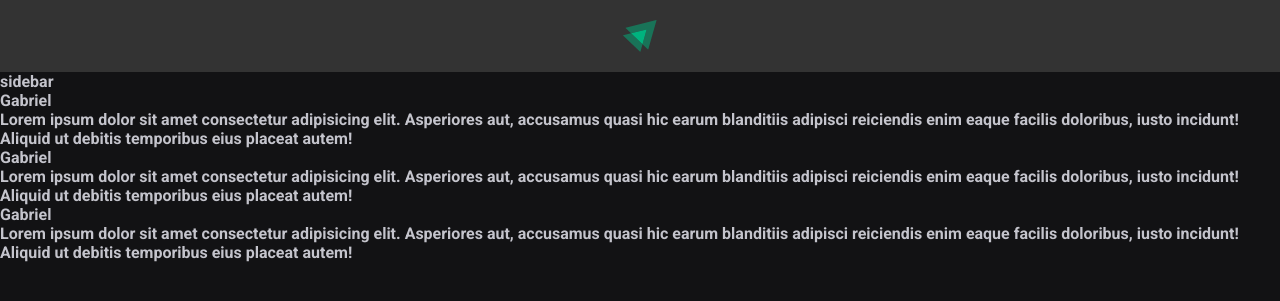
Repository: viniimartins/reactFundamentosRocketseat
Page: /
The author's editor kept a copy of each file at every save. The page is drawn from the files as they stood at one save, then again after a run of saves.
The browser window is 1280 px wide. The pictures show the whole page.
The project was rebuilt for these pictures with package versions that can differ from the ones it lists, and the page was loaded fresh each time. Also part of the build but not shown: vite.config.js.

Above is the page before, as saved 2023-04-28 16:09:22.

### index.html
<!DOCTYPE html>
<html lang="en">
  <head>
    <meta charset="UTF-8" />

    <link rel="preconnect" href="https://fonts.googleapis.com">
    <link rel="preconnect" href="https://fonts.gstatic.com" crossorigin>

    <link rel="icon" type="image/svg+xml" href="/vite.svg" />
    <meta name="viewport" content="width=device-width, initial-scale=1.0" />


    <link href="https://fonts.googleapis.com/css2?family=Montserrat&family=Roboto:wght@700&display=swap" rel="stylesheet">


    <title>Vite + React</title>
  </head>
  <body>
    <div id="root"></div>
    <script type="module" src="/src/main.jsx"></script>
  </body>
</html>

### src/App.jsx
import { Header } from './Components/Header'
import { Post } from './Post'

import './global.css'


import styles from './App.module.css'

function App() {
  return (
    <>
      <div>
        <Header />
        <div className={styles.wrapper}>
          <aside>
            sidebar
          </aside>
          <main>
            <Post
              author="Gabriel"
              content="Lorem ipsum dolor sit amet consectetur adipisicing elit. Asperiores aut, accusamus quasi hic earum blanditiis adipisci reiciendis enim eaque facilis doloribus, iusto incidunt! Aliquid ut debitis temporibus eius placeat autem!"
            />

            <Post
              author="Gabriel"
              content="Lorem ipsum dolor sit amet consectetur adipisicing elit. Asperiores aut, accusamus quasi hic earum blanditiis adipisci reiciendis enim eaque facilis doloribus, iusto incidunt! Aliquid ut debitis temporibus eius placeat autem!"
            />

            <Post
              author="Gabriel"
              content="Lorem ipsum dolor sit amet consectetur adipisicing elit. Asperiores aut, accusamus quasi hic earum blanditiis adipisci reiciendis enim eaque facilis doloribus, iusto incidunt! Aliquid ut debitis temporibus eius placeat autem!"
            />
          </main>
        </div>
      </div>

    </>
  )

}

export default App

### src/Components/Header.jsx
import styles from './Header.module.css';
import igniteLogo from '../assets/ignite-logo.svg'

export function Header() {
    return (
        <header className={styles.header}>
            <img src={igniteLogo}></img>
        </header>
    );
}

### src/Post.jsx


export function Post({ author, content }) {
    return (
        <div>
            <strong>{author}</strong>
            <p>{content}</p>
        </div>

    )
}

### src/global.css
:root {
  --white: #fff;

  --gray-100: #e1e1e6;
  --gray-300: #c4c4cc;
  --gray-400: #8d8d99;
  --gray-500: #323238;
  --gray-700: #29292e;
  --gray-800: #202024;
  --gray-900: #121214;

  --green-500: #00875f;
}

* {
  margin: 0;
  padding: 0;
  box-sizing: border-box;
}

body {
  background: var(--gray-900);
  color: var(--gray-300);
  -webkit-font-smoothing: antialiased;
}


body , input , textarea , button {
    font-family: 'Roboto', sans-serif;
    font-weight: 400;
    font-size: 1rem;
}

### src/App.module.css
.wrapper {
    /* max-width: 7rem;
    margin: 2rem auto;
    padding: 0 1rem;

    display: grid;
    grid-template-columns: 256px 1fr;
    gap: 2rem;
    align-items: flex-start; */
}

### src/Components/Header.module.css
.header {
    background: #333;
    display: flex;
    justify-content: center;
    padding: 1.25rem 0
}

.header img {
    height: 2rem;
}

Loaded but not shown: src/main.jsx (common file)

After the next 3 saves:
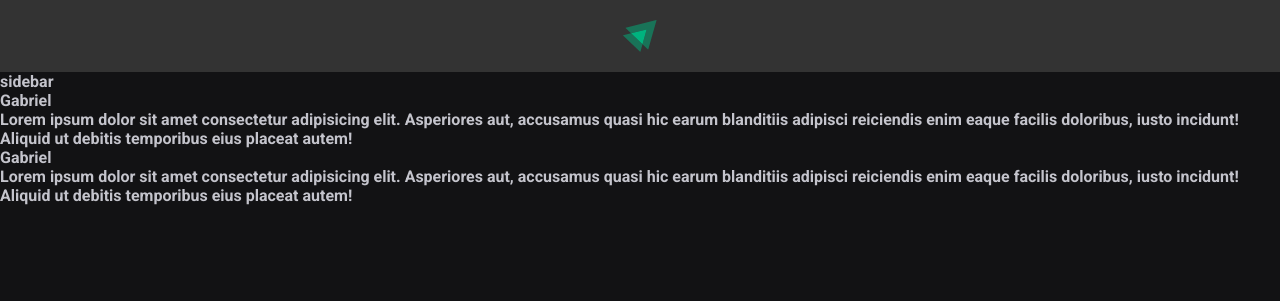
The 3 saves are shown as one change because they came seconds apart.
The last was saved 68 s later.
--- a/src/App.jsx
+++ b/src/App.jsx
@@ -25,11 +25,6 @@
               author="Gabriel"
               content="Lorem ipsum dolor sit amet consectetur adipisicing elit. Asperiores aut, accusamus quasi hic earum blanditiis adipisci reiciendis enim eaque facilis doloribus, iusto incidunt! Aliquid ut debitis temporibus eius placeat autem!"
             />
-
-            <Post
-              author="Gabriel"
-              content="Lorem ipsum dolor sit amet consectetur adipisicing elit. Asperiores aut, accusamus quasi hic earum blanditiis adipisci reiciendis enim eaque facilis doloribus, iusto incidunt! Aliquid ut debitis temporibus eius placeat autem!"
-            />
           </main>
         </div>
       </div>
